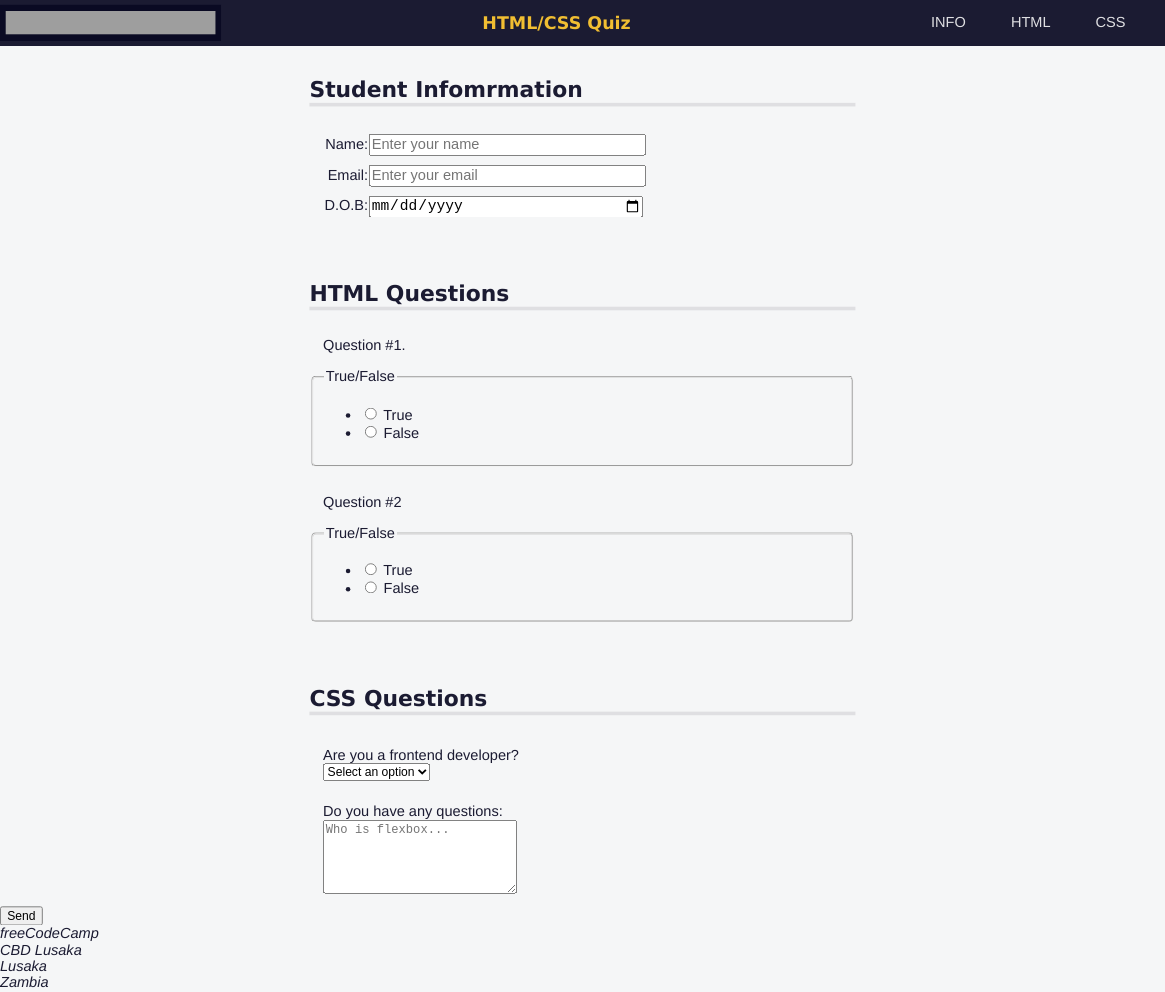
Repository: Lungdjos/accessibility_build_quiz
Page: index.html
These files come from the project's save history. The page is drawn as it stood at one moment and after a run of saves; the edit follows.
The browser window is 1280 px wide. The pictures show the whole page, at 91% of full size.
Pictures or frames that could not be fetched are drawn as grey boxes.

Above is the page before, as saved 2023-10-30 09:29:49.

### index.html
<!DOCTYPE html>
<html lang="en">

<head>
    <meta charset="UTF-8">
    <meta name="viewport" content="width=device-width, initial-scale=1.0">
    <meta name="description" content="Accessibility">
    <title>HTML/CSS Test Quiz</title>
    <link rel="stylesheet" href="styles.css">
</head>

<body>
    <header>
        <img src="https://cdn.freecodecamp.org/platform/universal/fcc_primary.svg" alt="" id="logo">
        <h1>HTML/CSS Quiz</h1>
        <nav>
            <ul>
                <li>
                    <a href="#student-info">info</a></li>
                <li>
                    <a href="#html-questions">html</a></li>
                <li>
                    <a href="#css-questions">css</a></li>
            </ul>
        </nav>
    </header>
    <main>
        <form action="https://freecodecamp.org/practice-project/accessibility-quiz" method="post">
            <section role="region" aria-labelledby="student-info">
                <h2 id="student-info">Student Infomrmation</h2>
                <div class="info">
                    <label for="student-name">
                        Name:
                    </label><input type="text" name="name" id="student-name" placeholder="Enter your name">
                </div>
                <div class="info">
                    <label for="student-email">
                        Email:
                    </label><input type="email" name="email" id="student-email" placeholder="Enter your email">
                </div>
                <div class="info">
                    <label for="birth-date">
                        D.O.B:<span class="sr-only">(Date of Birth)</span>
                    </label><input type="date" name="dob" id="birth-date">
                </div>
            </section>

            <section role="region" aria-labelledby="html-questions">
                <h2 id="html-questions">HTML Questions</h2>
                <div class="question-block">
                    <p>1.</p>
                    <fieldset name="first-question" class="question">
                        <legend>True/False</legend>
                        <ul class="answers-list">
                            <li>
                                <label for="q1-a1">
                                    <input type="radio" value="true" name="q1-answ" id="q1-a1"> True
                                </label>
                            </li>
                            <li>
                                <label for="q1-a2">
                                    <input type="radio" value="false" name="q1-answ" id="q1-a2"> False
                                </label>
                            </li>
                        </ul>
                    </fieldset>
                </div>
                <div class="question-block">
                    <p>2</p>
                    <fieldset name="second-question" class="question">
                        <legend>True/False</legend>
                        <ul class="answers-list">
                            <li>
                                <label for="q2-a1">
                                    <input type="radio" value="true" name="q2-answ" id="q2-a1"> True
                                </label>
                            </li>
                            <li>
                                <label for="q2-a2">
                                    <input type="radio" value="false" name="q2-answ" id="q2-a2"> False
                                </label>
                            </li>
                        </ul>
                    </fieldset>
                </div>
            </section>

            <section role="region" aria-labelledby="css-questions">
                <h2 id="css-questions">CSS Questions</h2>
                <div class="formrow">
                    <div class="question-block">
                        <label for="customer">Are you a frontend developer?</label>
                    </div>
                    <div class="answer">
                        <select name="customer" id="customer" required>
                            <option value="">Select an option</option>
                            <option value="yes">Yes</option>
                            <option value="no">No</option>
                        </select>
                    </div>

                    <div class="question-block">
                        <label for="css-questions">Do you have any questions:</label>
                    </div>
                    <div class="answer">
                        <textarea name="css-questions" id="css-questions" rows="5" cols="24" placeholder="Who is flexbox..."></textarea>
                    </div>
                </div>
            </section>
            <button type="submit">Send</button>
        </form>
    </main>
    <footer>
        <address>
            freeCodeCamp<br/>
            CBD Lusaka<br/>
            Lusaka<br/>
            Zambia
        </address>
    </footer>
</body>

</html>

### styles.css
body {
    background: #f5f6f7;
    color: #1b1b32;
    font-family: Helvetica;
    margin: 0;
}

header {
    width: 100%;
    height: 50px;
    background-color: #1b1b32;
    display: flex;
    justify-content: space-between;
    align-items: center;
    position: fixed;
    top: 0;
}

#logo {
    width: max(100px, 18vw);
    background-color: #0a0a23;
    aspect-ratio: 35 / 4;
    padding: 0.4rem;
}

h1 {
    color: #f1be32;
    font-size: min(5vw, 1.2em);
    text-align: center;
}

main {
    padding-top: 25px;
}

nav {
    width: 50%;
    max-width: 300px;
    height: 50px;
}

nav>ul {
    display: flex;
    justify-content: space-evenly;
    text-transform: uppercase;
    align-items: center;
    padding-inline-start: 0;
    margin-block: 0;
    height: 100%;
    flex-wrap: wrap;
}

h1,
h2 {
    font-family: Verdana, Tahoma;
}

h2 {
    border-bottom: 4px solid #dfdfe2;
    margin-top: 0;
    padding-top: 60px;
}

.sr-only {
    position: absolute;
    width: 1px;
    height: 1px;
    padding: 0;
    margin: -1px;
    overflow: hidden;
    clip: rect(0, 0, 0, 0);
    white-space: nowrap;
    border: 0;
}

p::before {
    content: "Question #";
}

p {
    margin-top: 5px;
    padding-left: 15px;
    fo
}

nav li {
    color: #dfdfe2;
    margin: 0 0.2rem;
    padding: 0.2rem;
    display: block;
}

li>a {
    color: inherit;
}

nav li>a {
    text-decoration: none;
}

nav li>a:hover {
    text-decoration: none;
    background-color: #dfdfe2;
    color: #1b1b32;
    cursor: pointer;
}

section {
    width: 80%;
    max-width: 600px;
    margin: 0 auto 10px auto;
}

fieldset {
    border-radius: 5px;
}

.info {
    padding: 10px 0 0 5px;
}

.info input {
    width: 50%;
    text-align: left;
}

.info label {
    width: 10%;
    min-width: 55px;
}

.info input,
.info label {
    display: inline-block;
}

label {
    text-align: right;
}

.formrow {
    margin-top: 30px;
    padding: 0px 15px;
}

input {
    font-size: 16px;
}

.question-block {
    text-align: left;
    display: block;
    width: 100%;
    margin-top: 20px;
    padding-top: 5px;
}

After the next 3 saves:
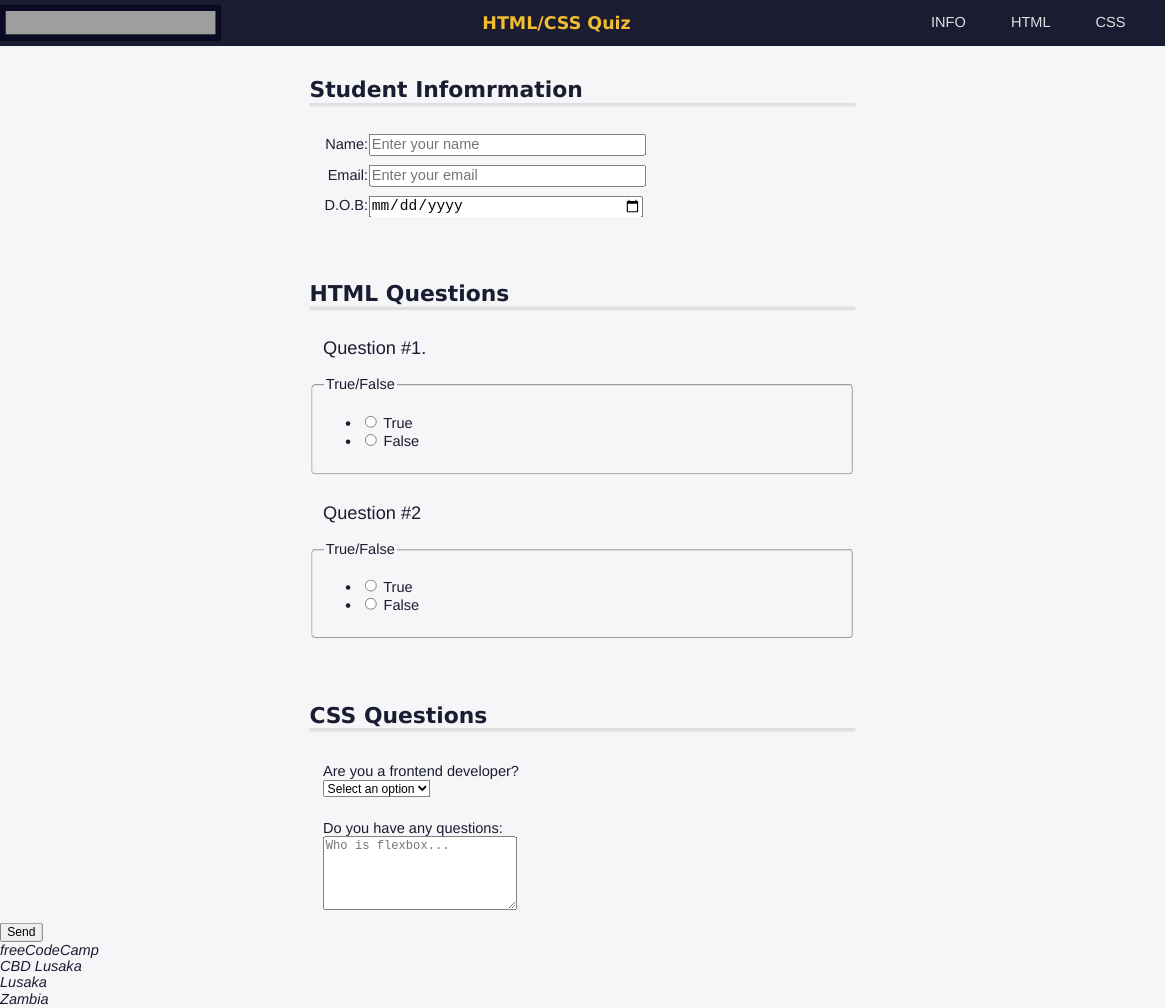
The 3 saves are shown as one change because they came seconds apart.
The last was saved 8 s later.
--- a/styles.css
+++ b/styles.css
@@ -80,7 +80,7 @@ p::before {
 p {
     margin-top: 5px;
     padding-left: 15px;
-    fo
+    font-size: 20px;
 }
 
 nav li {
